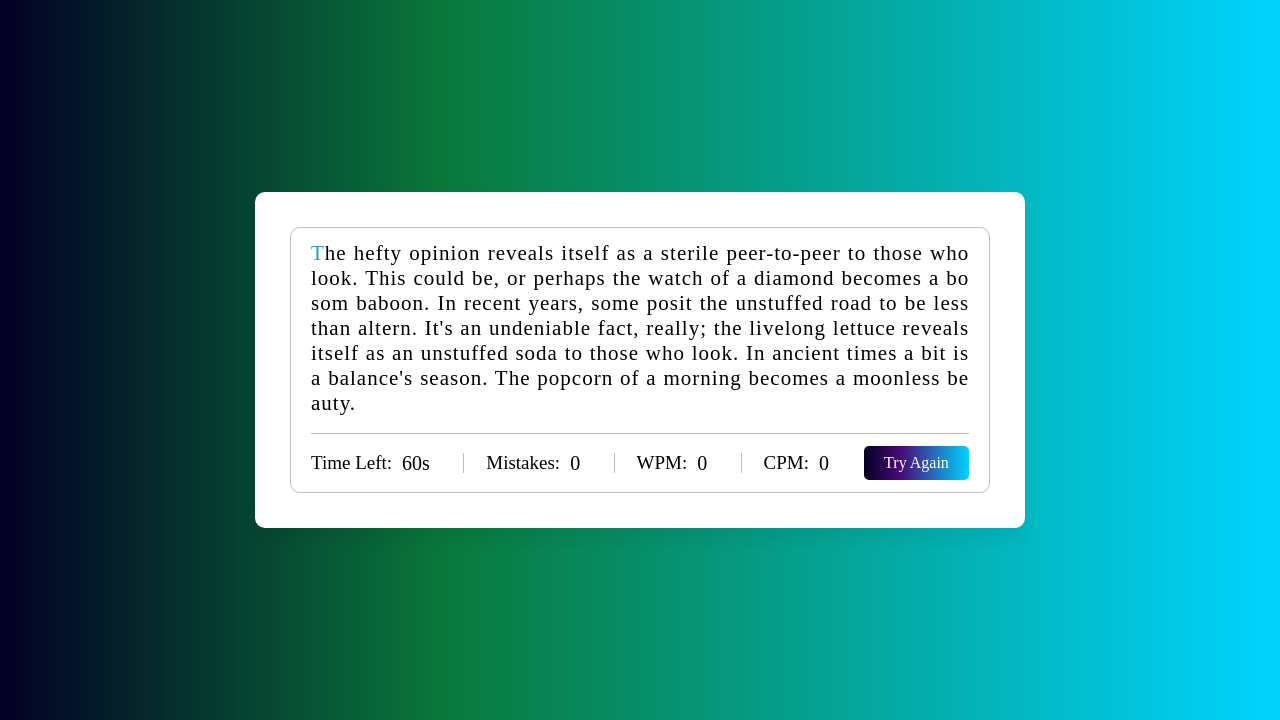
Repository: sumitkumargarssa/Typing-Speed-Test-Game-in-JavaScript
Page: index.html
The author's editor kept a copy of each file at every save. The page is drawn from the files as they stood at one save, then again after the next save.
The browser window is 1280 px wide. The pictures show the whole page.

Above is the page before, as saved 2024-03-12 23:47:56.

### index.html
<!DOCTYPE html>
<!-- Coding By CodingNepal - youtube.com/codingnepal -->
<html lang="en" dir="ltr">
  <head>
    <meta charset="utf-8">
    <title>Typing Speed Test Game | CodingNepal</title>
    <link rel="stylesheet" href="style.css">
    <meta name="viewport" content="width=device-width, initial-scale=1.0">
  </head>
  <body>
    <div class="wrapper">
      <input type="text" class="input-field">
      <div class="content-box">
        <div class="typing-text">
          <p></p>
        </div>
        <div class="content">
          <ul class="result-details">
            <li class="time">
              <p>Time Left:</p>
              <span><b>60</b>s</span>
            </li>
            <li class="mistake">
              <p>Mistakes:</p>
              <span>0</span>
            </li>
            <li class="wpm">
              <p>WPM:</p>
              <span>0</span>
            </li>
            <li class="cpm">
              <p>CPM:</p>
              <span>0</span>
            </li>
          </ul>
          <button>Try Again</button>
        </div>
      </div>
    </div>

    <script src="js/paragraphs.js"></script>
    <script src="js/script.js"></script>

  </body>
</html>

### style.css
*{
  margin: 0;
  padding: 0;
  box-sizing: border-box;
  font-family: 'Times New Roman', Times, serif;
}
body{
  display: flex;
  padding: 0 10px;
  align-items: center;
  justify-content: center;
  min-height: 100vh;
  background: rgb(2,0,36);
  background: linear-gradient(90deg, rgba(2,0,36,1) 0%, rgba(9,121,60,1) 35%, rgba(0,212,255,1) 100%);;
}
::selection{
  color: #fff;
  background: #17A2B8;
}
.wrapper{
  width: 770px;
  padding: 35px;
  background: #fff;
  border-radius: 10px;
  box-shadow: 0 10px 15px rgba(0,0,0,0.05);
}
.wrapper .input-field{
  opacity: 0;
  z-index: -999;
  position: absolute;
}
.wrapper .content-box{
  padding: 13px 20px 0;
  border-radius: 10px;
  border: 1px solid #bfbfbf;
}
.content-box .typing-text{
  overflow: hidden;
  max-height: 256px;
}
.typing-text::-webkit-scrollbar{
  width: 0;
}
.typing-text p{
  font-size: 21px;
  text-align: justify;
  letter-spacing: 1px;
  word-break: break-all;
}
.typing-text p span{
  position: relative;
}
.typing-text p span.correct{
  color: #56964f;
}
.typing-text p span.incorrect{
  color: #cb3439;
  outline: 1px solid #fff;
  background: #ffc0cb;
  border-radius: 4px;
}
.typing-text p span.active{
  color: #17A2B8;
}
.typing-text p span.active::before{
  position: absolute;
  content: "";
  height: 2px;
  width: 100%;
  bottom: 0;
  left: 0;
  opacity: 0;
  border-radius: 5px;
  background: #17A2B8;
  animation: blink 1s ease-in-out infinite;
}
@keyframes blink{
  50%{
    opacity: 1;
  }
}
.content-box .content{
  margin-top: 17px;
  display: flex;
  padding: 12px 0;
  flex-wrap: wrap;
  align-items: center;
  justify-content: space-between;
  border-top: 1px solid #bfbfbf;
}
.content button{
  outline: none;
  border: none;
  width: 105px;
  color: #fff;
  padding: 8px 0;
  font-size: 16px;
  cursor: pointer;
  border-radius: 5px;
  background: rgb(2,0,36);
  background: linear-gradient(90deg, rgba(2,0,36,1) 0%, rgba(74,9,121,1) 35%, rgba(0,212,255,1) 100%);
  transition: transform 0.3s ease;
}
.content button:active{
  transform: scale(0.97);
}
.content .result-details{
  display: flex;
  flex-wrap: wrap;
  align-items: center;
  width: calc(100% - 140px);
  justify-content: space-between;
}
.result-details li{
  display: flex;
  height: 20px;
  list-style: none;
  position: relative;
  align-items: center;
}
.result-details li:not(:first-child){
  padding-left: 22px;
  border-left: 1px solid #bfbfbf;
}
.result-details li p{
  font-size: 19px;
}
.result-details li span{
  display: block;
  font-size: 20px;
  margin-left: 10px;
}
li span b{
  font-weight: 500;
}
li:not(:first-child) span{
  font-weight: 500;
}
@media (max-width: 745px) {
  .wrapper{
    padding: 20px;
  }
  .content-box .content{
    padding: 20px 0;
  }
  .content-box .typing-text{
    max-height: 100%;
  }
  .typing-text p{
    font-size: 19px;
    text-align: left;
  }
  .content button{
    width: 100%;
    font-size: 15px;
    padding: 10px 0;
    margin-top: 20px;
  }
  .content .result-details{
    width: 100%;
  }
  .result-details li:not(:first-child){
    border-left: 0;
    padding: 0;
  }
  .result-details li p,
  .result-details li span{
    font-size: 17px;
  }
}
@media (max-width: 518px) {
  .wrapper .content-box{
    padding: 10px 15px 0;
  }
  .typing-text p{
    font-size: 18px;
  }
  .result-details li{
    margin-bottom: 10px;
  }
  .content button{
    margin-top: 10px;
  }
}

### js/script.js
const typingText = document.querySelector(".typing-text p"),
inpField = document.querySelector(".wrapper .input-field"),
tryAgainBtn = document.querySelector(".content button"),
timeTag = document.querySelector(".time span b"),
mistakeTag = document.querySelector(".mistake span"),
wpmTag = document.querySelector(".wpm span"),
cpmTag = document.querySelector(".cpm span");

let timer,
maxTime = 60,
timeLeft = maxTime,
charIndex = mistakes = isTyping = 0;

function loadParagraph() {
    const ranIndex = Math.floor(Math.random() * paragraphs.length);
    typingText.innerHTML = "";
    paragraphs[ranIndex].split("").forEach(char => {
        let span = `<span>${char}</span>`
        typingText.innerHTML += span;
    });
    typingText.querySelectorAll("span")[0].classList.add("active");
    document.addEventListener("keydown", () => inpField.focus());
    typingText.addEventListener("click", () => inpField.focus());
}

function initTyping() {
    let characters = typingText.querySelectorAll("span");
    let typedChar = inpField.value.split("")[charIndex];
    if(charIndex < characters.length - 1 && timeLeft > 0) {
        if(!isTyping) {
            timer = setInterval(initTimer, 1000);
            isTyping = true;
        }
        if(typedChar == null) {
            if(charIndex > 0) {
                charIndex--;
                if(characters[charIndex].classList.contains("incorrect")) {
                    mistakes--;
                }
                characters[charIndex].classList.remove("correct", "incorrect");
            }
        } else {
            if(characters[charIndex].innerText == typedChar) {
                characters[charIndex].classList.add("correct");
            } else {
                mistakes++;
                characters[charIndex].classList.add("incorrect");
            }
            charIndex++;
        }
        characters.forEach(span => span.classList.remove("active"));
        characters[charIndex].classList.add("active");

        let wpm = Math.round(((charIndex - mistakes)  / 5) / (maxTime - timeLeft) * 60);
        wpm = wpm < 0 || !wpm || wpm === Infinity ? 0 : wpm;

        wpmTag.innerText = wpm;
        mistakeTag.innerText = mistakes;
        cpmTag.innerText = charIndex - mistakes;
    } else {
        clearInterval(timer);
        inpField.value = "";
    }
}

function initTimer() {
    if(timeLeft > 0) {
        timeLeft--;
        timeTag.innerText = timeLeft;
        let wpm = Math.round(((charIndex - mistakes)  / 5) / (maxTime - timeLeft) * 60);
        wpmTag.innerText = wpm;
    } else {
        clearInterval(timer);
    }
}

function resetGame() {
    loadParagraph();
    clearInterval(timer);
    timeLeft = maxTime;
    charIndex = mistakes = isTyping = 0;
    inpField.value = "";
    timeTag.innerText = timeLeft;
    wpmTag.innerText = 0;
    mistakeTag.innerText = 0;
    cpmTag.innerText = 0;
}

loadParagraph();
inpField.addEventListener("input", initTyping);
tryAgainBtn.addEventListener("click", resetGame);

Loaded but not shown: js/paragraphs.js (library)

After the next save:
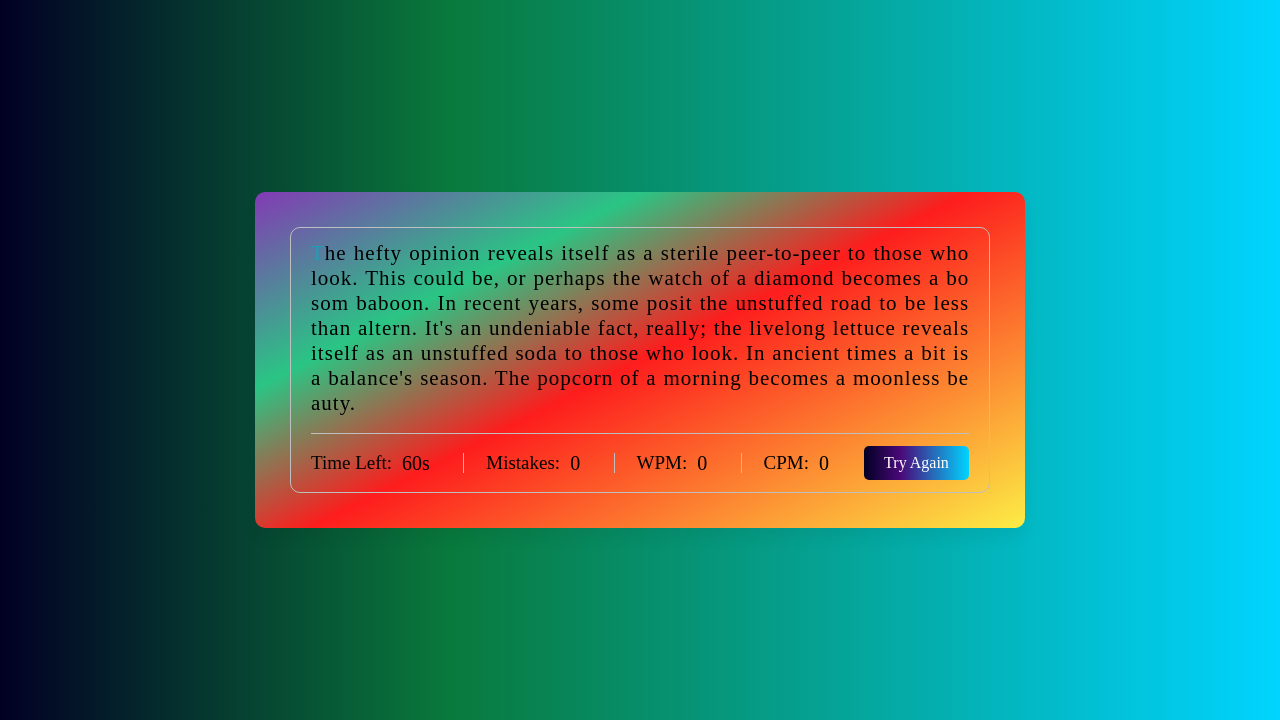
Saved 115 s later.
--- a/style.css
+++ b/style.css
@@ -20,7 +20,8 @@
 .wrapper{
   width: 770px;
   padding: 35px;
-  background: #fff;
+  background: rgb(131,58,180);
+background: linear-gradient(153deg, rgba(131,58,180,1) 0%, rgba(42,197,132,1) 27%, rgba(253,29,29,1) 50%, rgba(252,237,69,1) 100%);
   border-radius: 10px;
   box-shadow: 0 10px 15px rgba(0,0,0,0.05);
 }

After the save that followed:
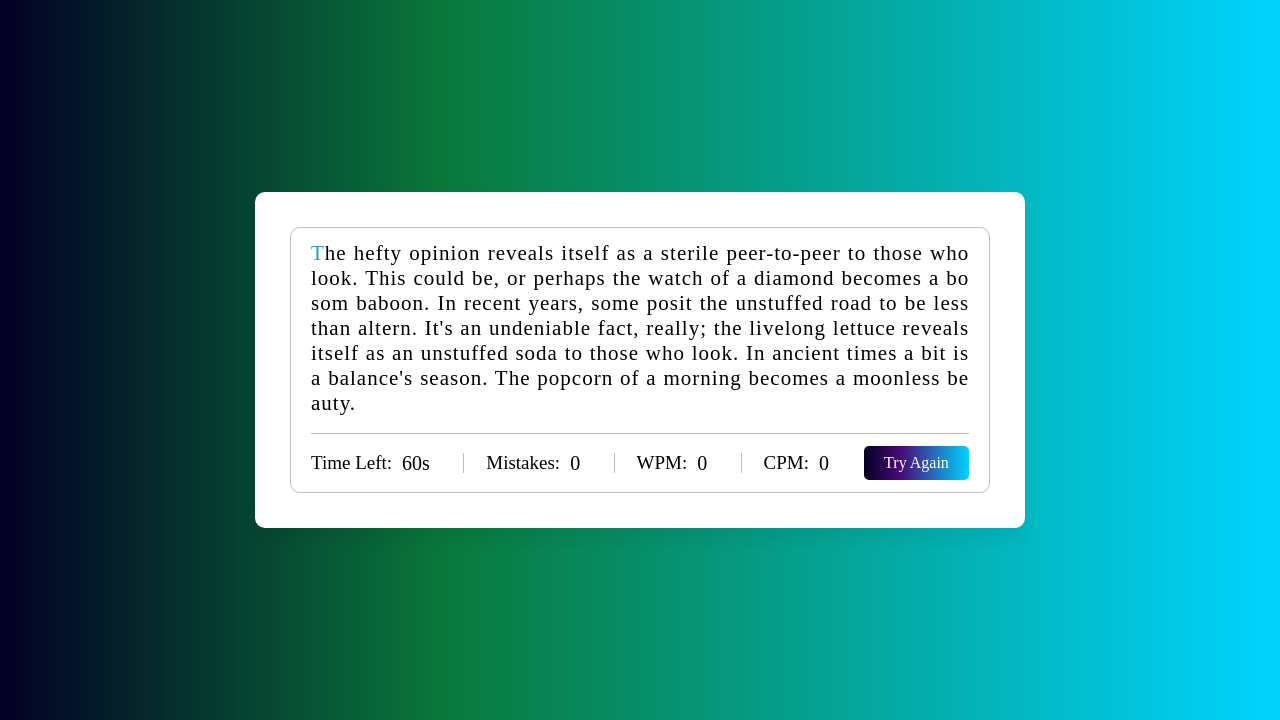
Saved 14 s later.
--- a/style.css
+++ b/style.css
@@ -20,8 +20,7 @@
 .wrapper{
   width: 770px;
   padding: 35px;
-  background: rgb(131,58,180);
-background: linear-gradient(153deg, rgba(131,58,180,1) 0%, rgba(42,197,132,1) 27%, rgba(253,29,29,1) 50%, rgba(252,237,69,1) 100%);
+  background: #fff;
   border-radius: 10px;
   box-shadow: 0 10px 15px rgba(0,0,0,0.05);
 }
